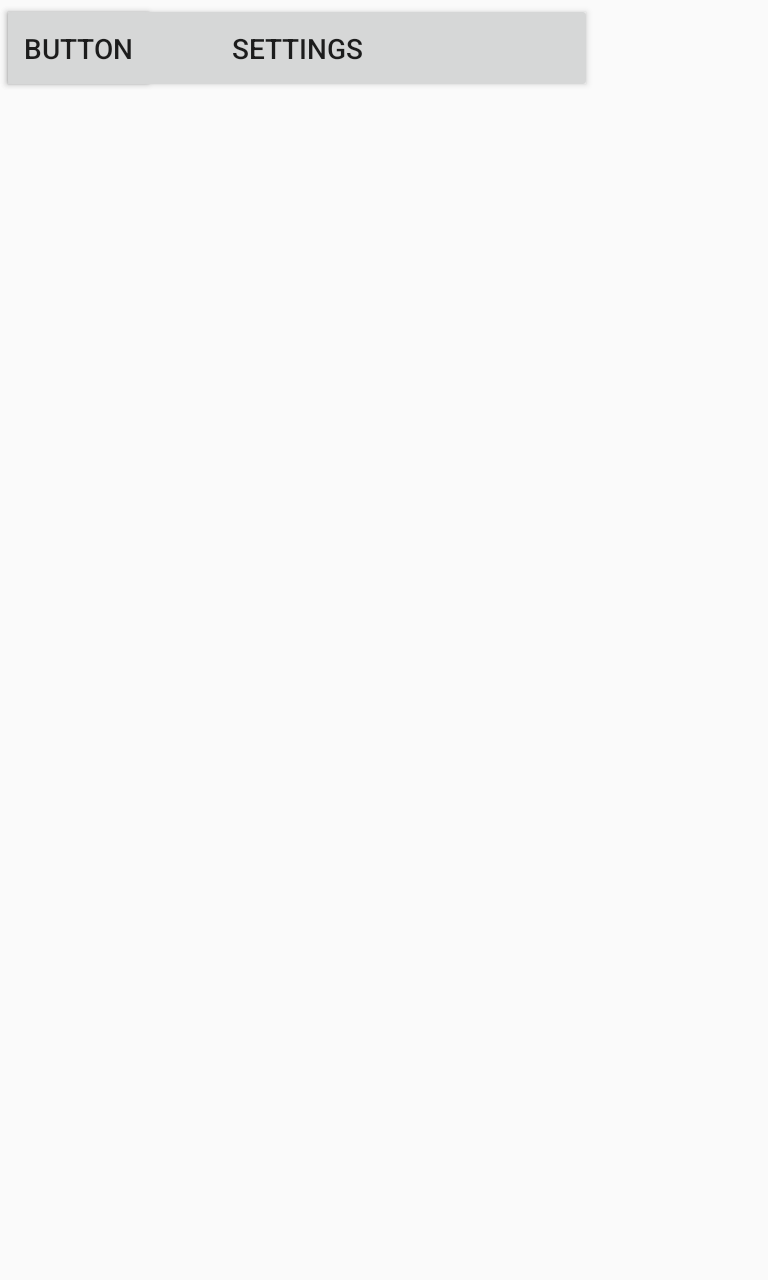
Repository: Smahane/Android_CST407
Layout: HomeWork/res/layout/activity_main.xml
These files come from the project's save history. The layout is drawn as it stood at one moment and after the next save; the edit follows.
It is drawn on a 768 x 1280 px phone screen (xhdpi) without system bars, with theme AppTheme; the app's code is not run.

Above is the layout before, as saved 2014-07-14 20:25:55.

### HomeWork/res/layout/activity_main.xml
<FrameLayout xmlns:android="http://schemas.android.com/apk/res/android"
    xmlns:tools="http://schemas.android.com/tools"
    android:id="@+id/container"
    android:layout_width="match_parent"
    android:layout_height="match_parent"
    tools:context="com.cst.homework.MainActivity"
    tools:ignore="MergeRootFrame" >

    <Button
        android:id="@+id/button1"
        android:layout_width="297dp"
        android:layout_height="wrap_content"
        android:text="@string/action_settings" />

    <Button
        android:id="@+id/button2"
        style="?android:attr/buttonStyleSmall"
        android:layout_width="wrap_content"
        android:layout_height="wrap_content"
        android:text="Button" />

</FrameLayout>

### HomeWork/res/values/strings.xml
<?xml version="1.0" encoding="utf-8"?>
<resources>

    <string name="app_name">HomeWork</string>
    <string name="hello_world">Hello world!</string>
    <string name="action_settings">Settings</string>

</resources>

Loaded but not shown: HomeWork/res/values/styles.xml (common file); HomeWork/res/values-v11/styles.xml (common file); HomeWork/res/values-v14/styles.xml (common file)

After the next save:
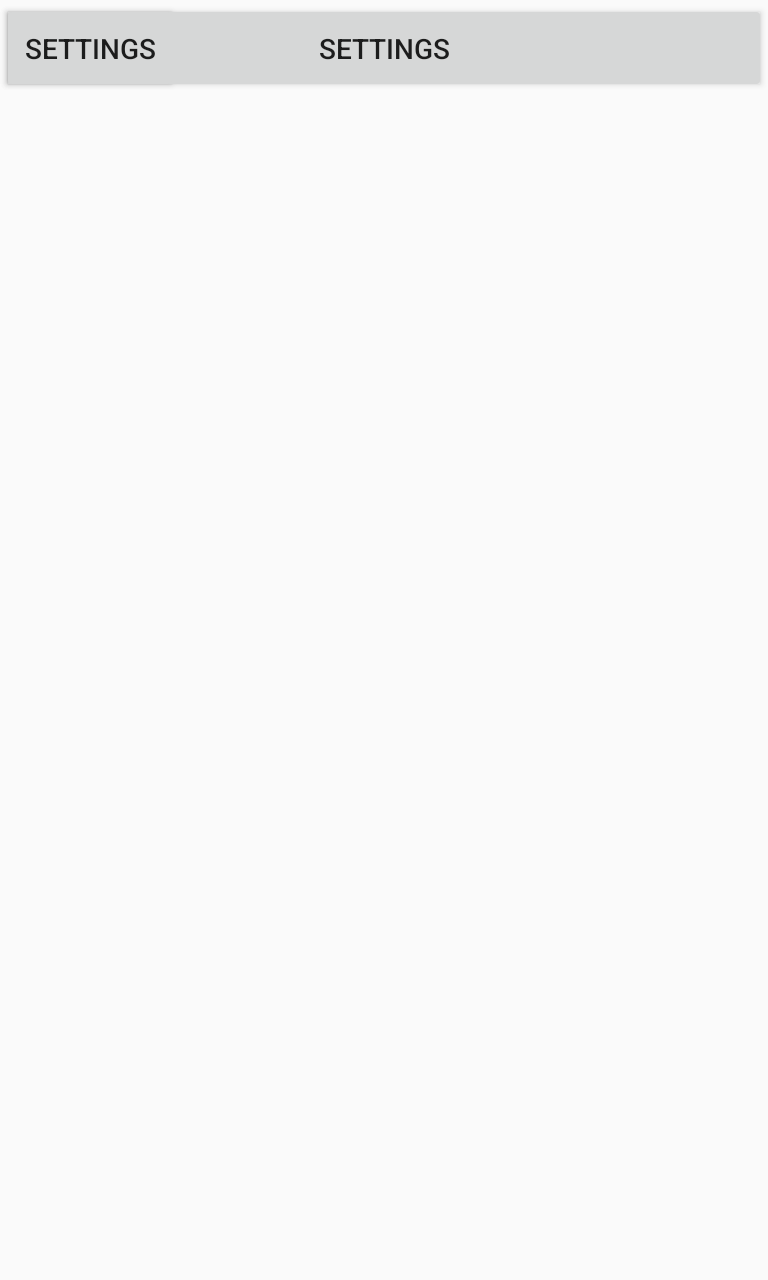
Saved 86 min 32 s later.
--- a/HomeWork/res/layout/activity_main.xml
+++ b/HomeWork/res/layout/activity_main.xml
@@ -8,15 +8,14 @@
 
     <Button
         android:id="@+id/button1"
-        android:layout_width="297dp"
+        android:layout_width="match_parent"
         android:layout_height="wrap_content"
         android:text="@string/action_settings" />
 
     <Button
         android:id="@+id/button2"
-        style="?android:attr/buttonStyleSmall"
         android:layout_width="wrap_content"
         android:layout_height="wrap_content"
-        android:text="Button" />
+        android:text="@string/action_settings" />
 
 </FrameLayout>
